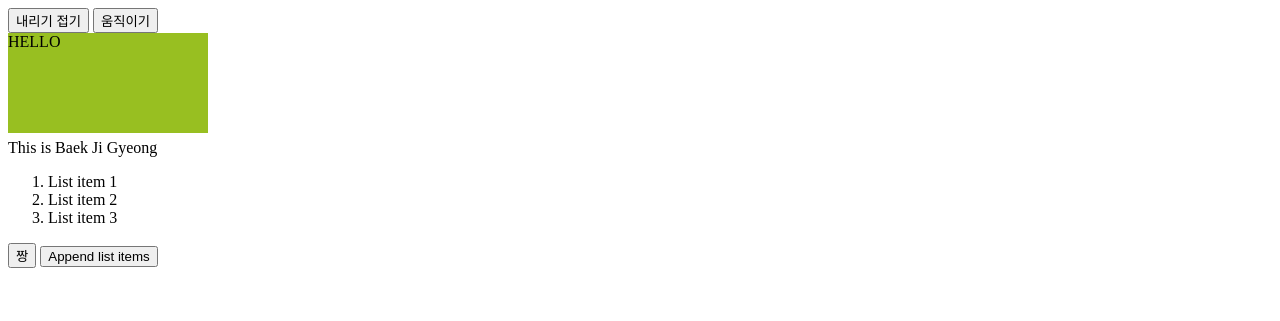
Repository: BaekJiGyeong/JSP_web
Page: http://localhost/Movie/
An editor plug-in stored every save of this project. The page is shown before and after the next save, followed by the edit.
The browser window is 1280 px wide. The pictures show the whole page.
The page is served by Tomcat 9. Other server files are loaded and not shown.

Above is the page before, as saved 2016-03-01 23:46:05.

### Movie/WebContent/index.jsp
<%@ page language="java" contentType="text/html; charset=UTF-8"
    pageEncoding="UTF-8"%>
<!DOCTYPE html>
<html>
<head>
<meta http-equiv="Content-Type" content="text/html; charset=UTF-8">
<title>Insert title here</title>
<script type="text/javascript" src="/Movie/resource/js/jquery-1.12.1.js"></script>
<script>
$(document).ready(function(){
    $("#scroll").click(function(){
        $("div").animate({
            height: 'toggle'
        });
    });
});

$(document).ready(function(){
    $("#move").click(function(){
        var div = $("div");
        div.animate({left: '100px'}, "slow");
        div.animate({fontSize: '3em'}, "slow");
    });
});
$(document).ready(function(){
    $("#btn1").click(function(){
        $("p").append(" <b>Appended text</b>.");
    });

    $("#btn2").click(function(){
        $("ol").append("<li>Appended item</li>");
    });
});
</script>
</head>
<body>
<input type = "button" id="scroll" value= "내리기 접기" />
<input type = "button" id="move" value= "움직이기" />

<br/>

<div style="background:#98bf21;height:100px;width:100px;position:absolute;"></div>
<div style="background:#98bf21;height:100px;width:200px;position:absolute;">HELLO</div>

<br/><br/><br/><br/><br/>

<p>This is Baek Ji Gyeong</p>

<ol>
  <li>List item 1</li>
  <li>List item 2</li>
  <li>List item 3</li>
</ol>

<button id="btn1">짱</button>
<button id="btn2">Append list items</button>

</body>
</html>

Loaded but not shown: Movie/WebContent/resource/js/jquery-1.12.1.js (library)

After the next save:
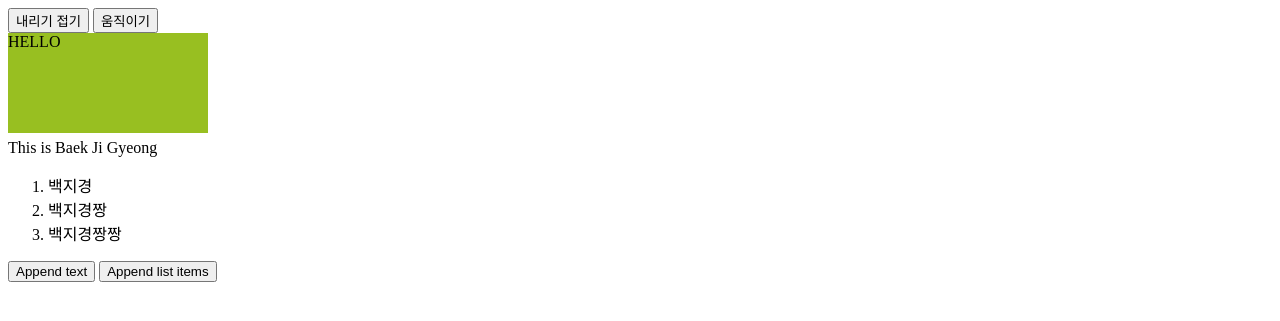
Saved 74 s later.
--- a/Movie/WebContent/index.jsp
+++ b/Movie/WebContent/index.jsp
@@ -24,11 +24,11 @@ $(document).ready(function(){
 });
 $(document).ready(function(){
     $("#btn1").click(function(){
-        $("p").append(" <b>Appended text</b>.");
+        $("p").append(" <b>짱</b>.");
     });
 
     $("#btn2").click(function(){
-        $("ol").append("<li>Appended item</li>");
+        $("ol").append("<li>짱</li>");
     });
 });
 </script>
@@ -47,12 +47,12 @@ $(document).ready(function(){
 <p>This is Baek Ji Gyeong</p>
 
 <ol>
-  <li>List item 1</li>
-  <li>List item 2</li>
-  <li>List item 3</li>
+  <li>백지경</li>
+  <li>백지경짱</li>
+  <li>백지경짱짱</li>
 </ol>
 
-<button id="btn1">짱</button>
+<button id="btn1">Append text</button>
 <button id="btn2">Append list items</button>
 
 </body>
